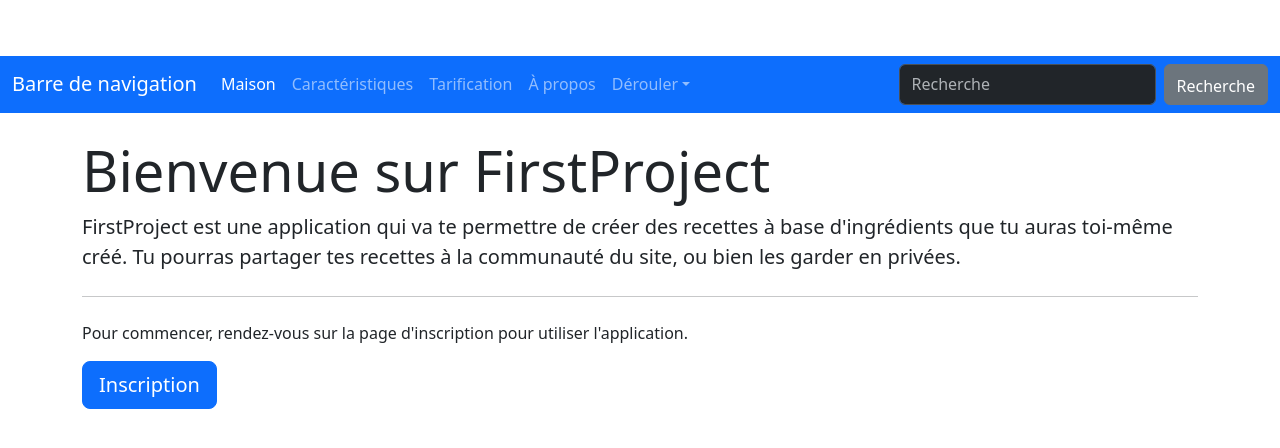
Repository: IslamBoubaker/marmit
Page: templates/home/index.html.twig
These files come from the project's save history. The page is drawn as it stood at one moment and after the next save; the edit follows.
The browser window is 1280 px wide. The pictures show the whole page.
The page is a Twig template of a Symfony application; nobody is signed in and links lead nowhere. The template is opened directly, without the code that normally fills it, so the values that code supplies are empty.

Above is the page before, as saved 2025-06-24 08:53:33.

After the next save:
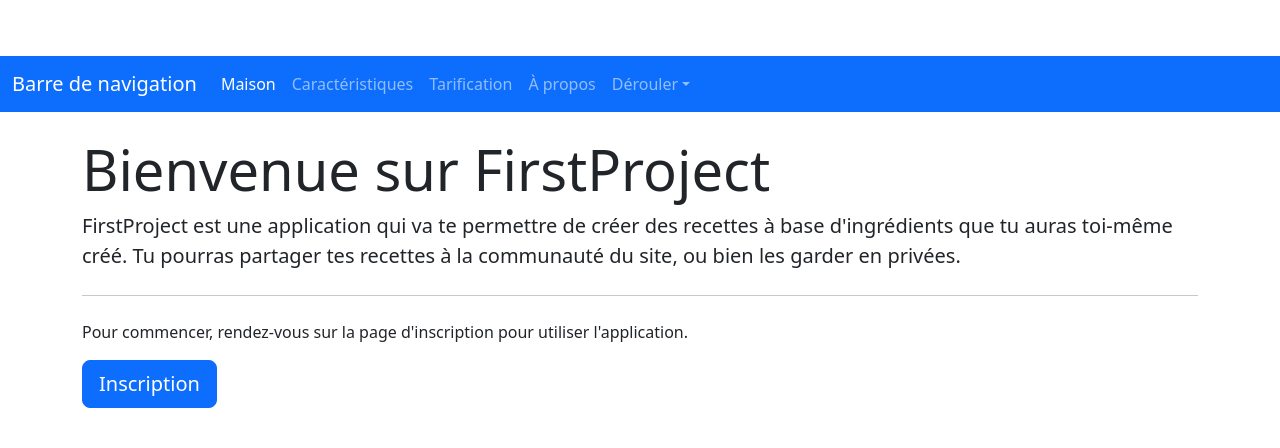
Saved 17 s later.
--- a/templates/pages/Partials/_header.html.twig
+++ b/templates/pages/Partials/_header.html.twig
@@ -53,10 +53,7 @@
           </div>
         </li>
       </ul>
-      <form class="d-flex">
-        <input class="form-control me-sm-2" type="search" placeholder="Recherche">
-        <button class="btn btn-secondary my-2 my-sm-0" type="submit"><font style="vertical-align: inherit;"><font style="vertical-align: inherit;">Recherche</font></font></button>
-      </form>
+
     </div>
   </div>
 </nav>
